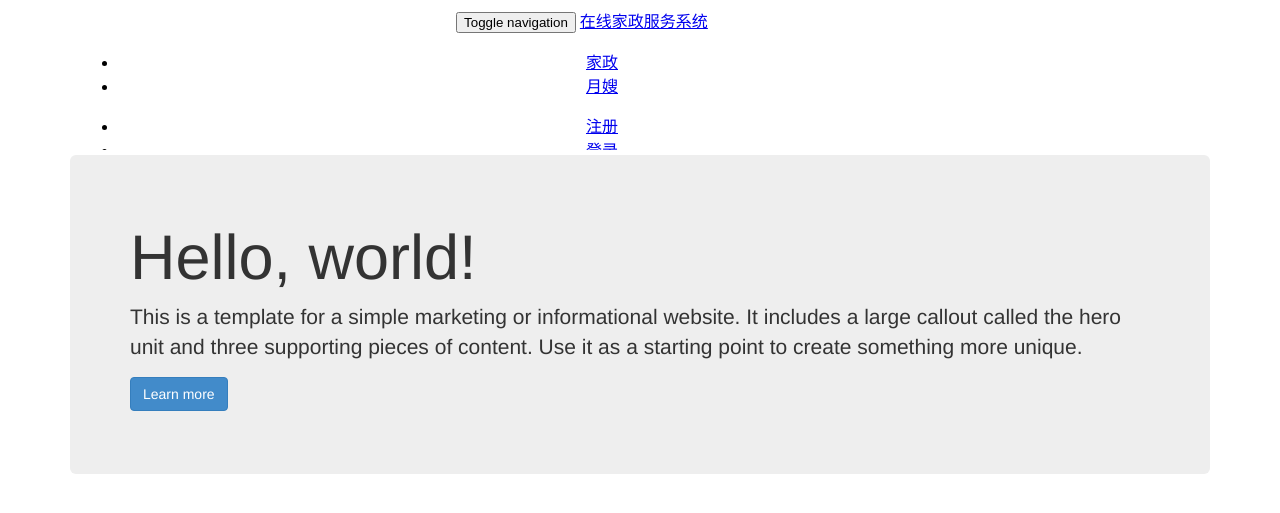
Repository: ELeonCXFJ/MyEclipseWS
Page: http://localhost/MyWeb/
The author's editor kept a copy of each file at every save. The page is drawn from the files as they stood at one save, then again after the next save.
The browser window is 1280 px wide. The pictures show the whole page.
The page is served by Tomcat 9. Nobody is signed in. The application's start-up code is not run.

Above is the page before, as saved 2017-03-17 04:17:38.

After the next save:
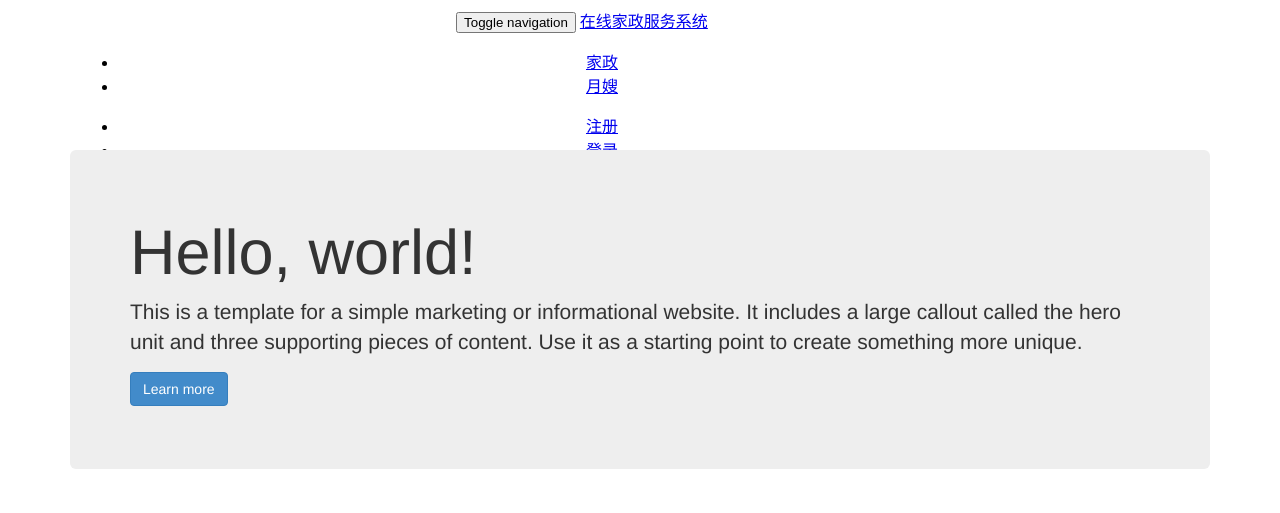
Saved 23 s later.
--- a/MyWeb/WebRoot/index.jsp
+++ b/MyWeb/WebRoot/index.jsp
@@ -15,7 +15,7 @@
 <div class="container">
 	<div class="row clearfix">
 		<div class="col-md-12 column">
-		<iframe frameborder="0" width="1024px" src="<c:url value='/top.jsp' />" name="top"></iframe>
+		<iframe frameborder="0" align="middle" width="1024px" src="<c:url value='/top.jsp' />" name="top"></iframe>
 
 			<div class="jumbotron">
 				<h1>
